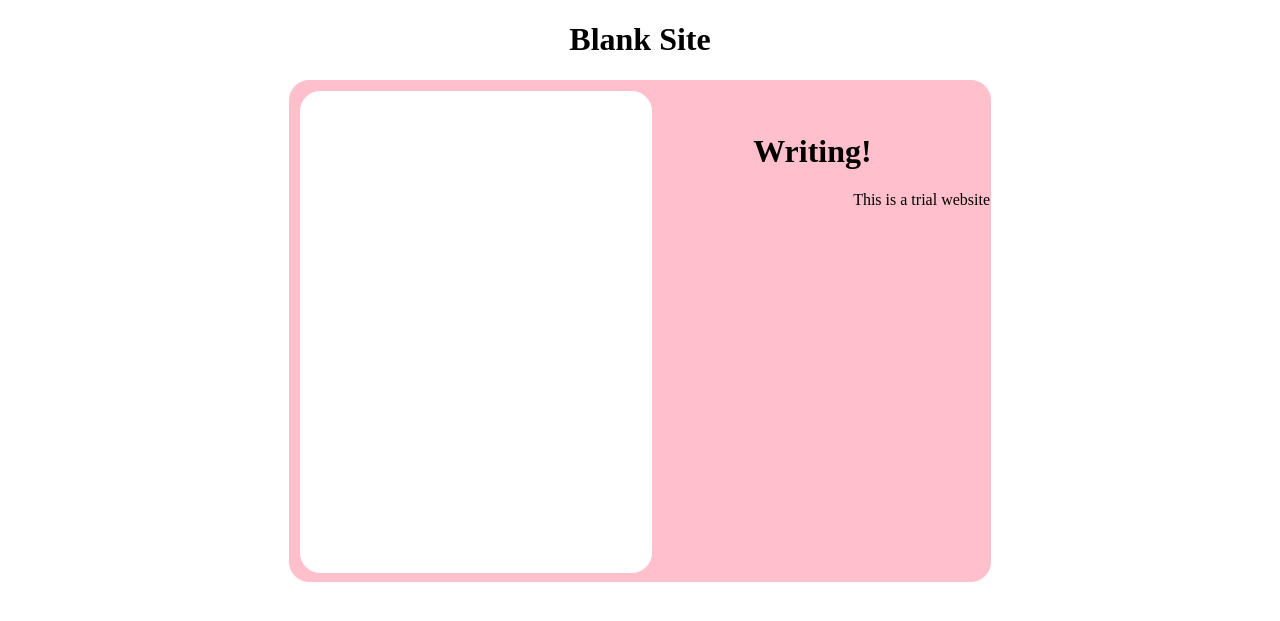
Repository: yhung004/Blank_Project
Page: index.html
An editor plug-in stored every save of this project. The page is shown before and after the next save, followed by the edit.
The browser window is 1280 px wide. The pictures show the whole page.

Above is the page before, as saved 2024-04-04 03:22:11.

After the next save:
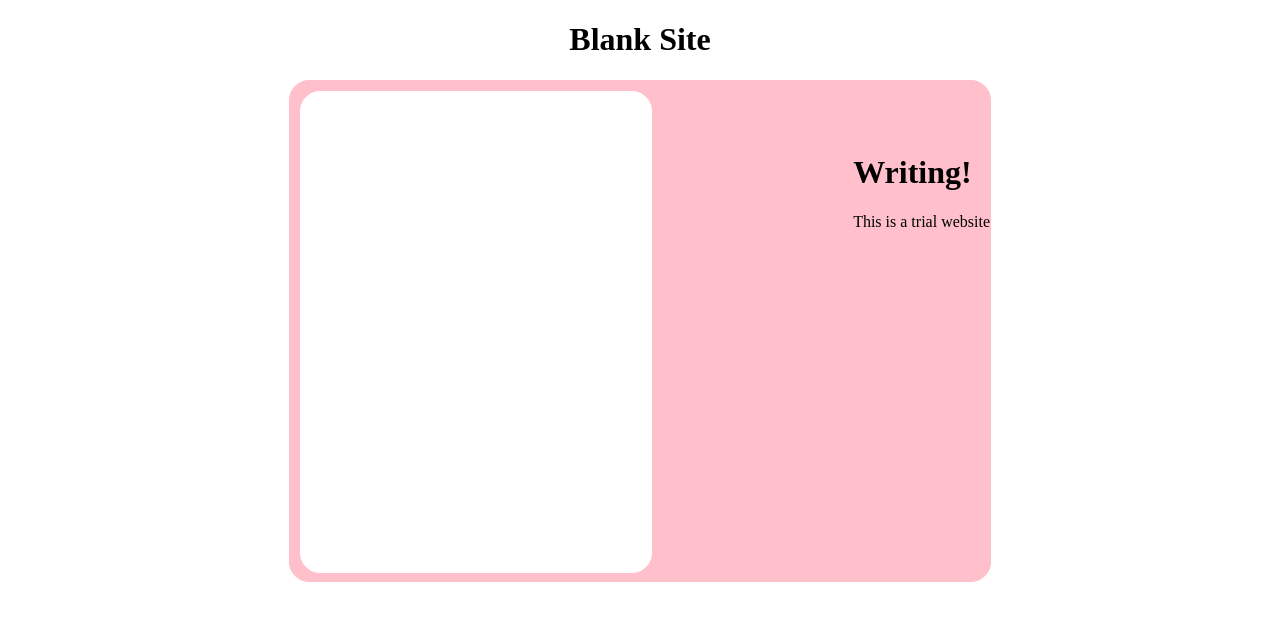
Saved 33 s later.
--- a/index.css
+++ b/index.css
@@ -21,9 +21,11 @@
 .words {
     display:inline;
     float:right;
+    margin-top: -450px;
+    margin-left:-100px;
 }
 .heading2 {
-    margin-top: -450px;
-    margin-left:-100px;
+    /* margin-top: -450px; */
+    /* margin-left:-100px; */
 
 }
